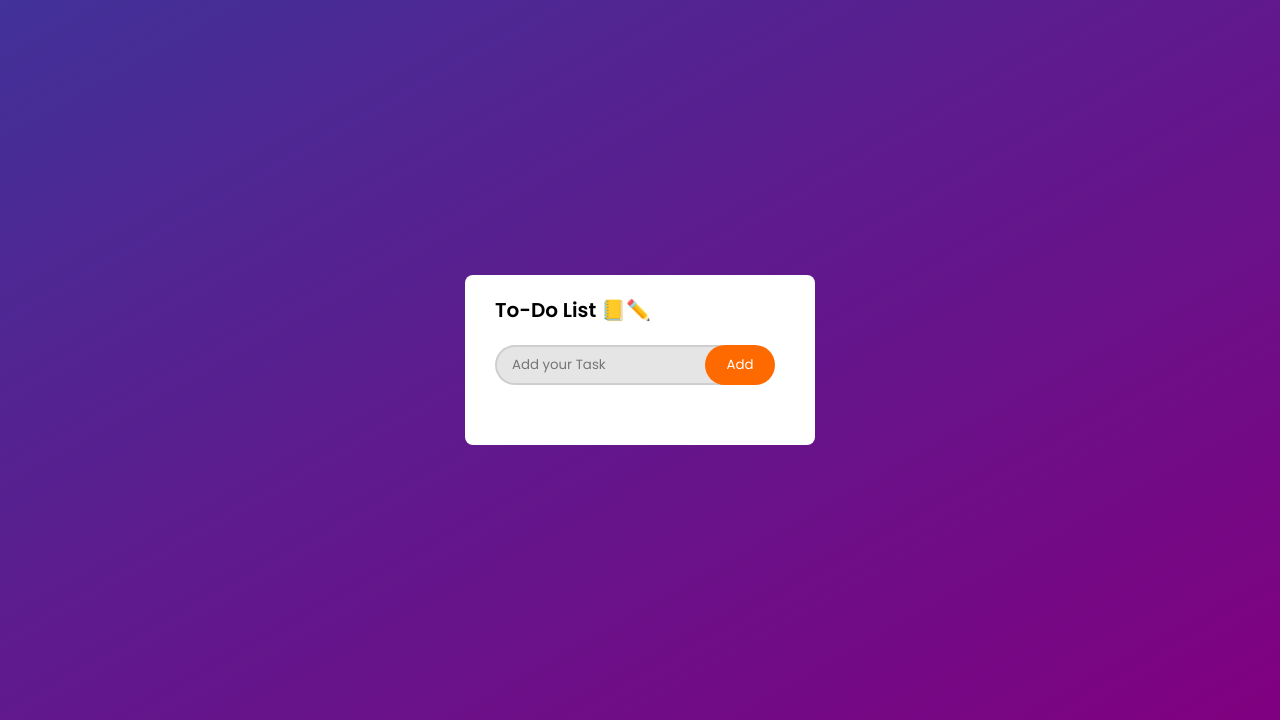
Repository: Ankitkr2021/To-Do-List
Page: index.html
The author's editor kept a copy of each file at every save. The page is drawn from the files as they stood at one save, then again after the next save.
The browser window is 1280 px wide. The pictures show the whole page.

Above is the page before, as saved 2025-10-03 12:26:11.

After the next save:
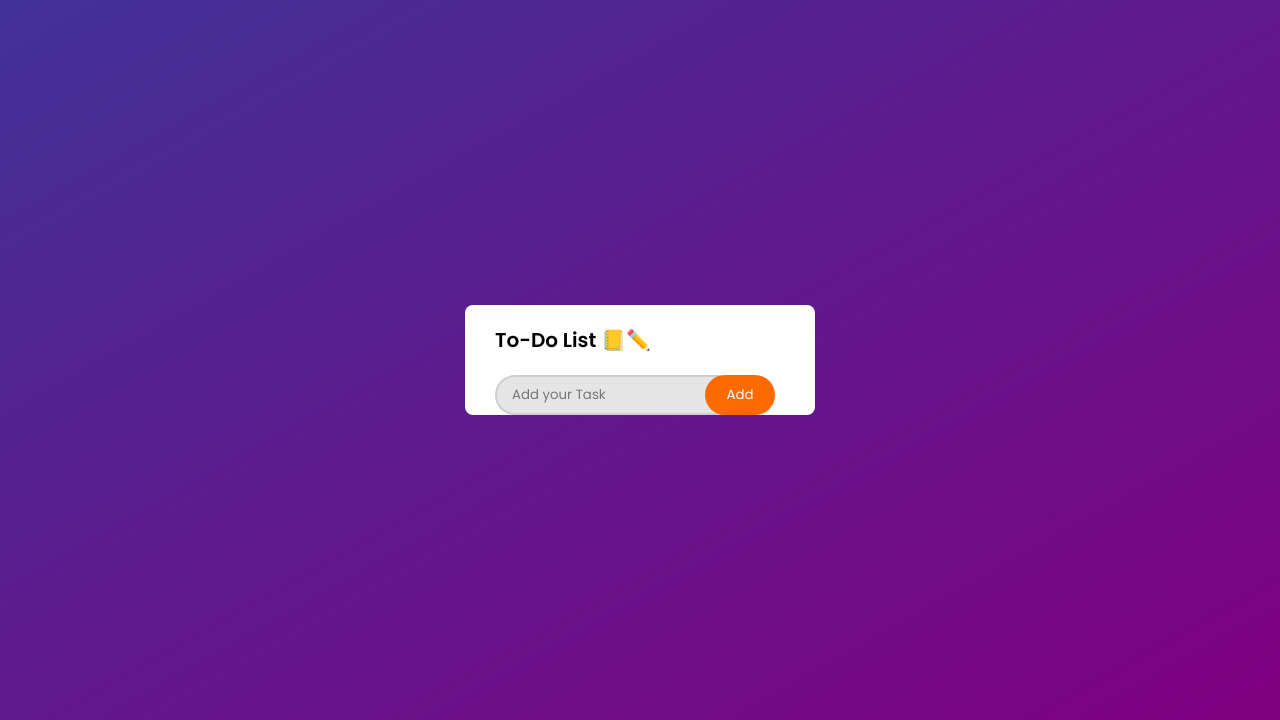
Saved 24 s later.
--- a/style.css
+++ b/style.css
@@ -32,7 +32,7 @@ body{
 
 .task {
     /* background: #000; */
-    padding: 0 30px 60px;
+    padding: 0 30px 0px;
     position: relative;
 }
 
